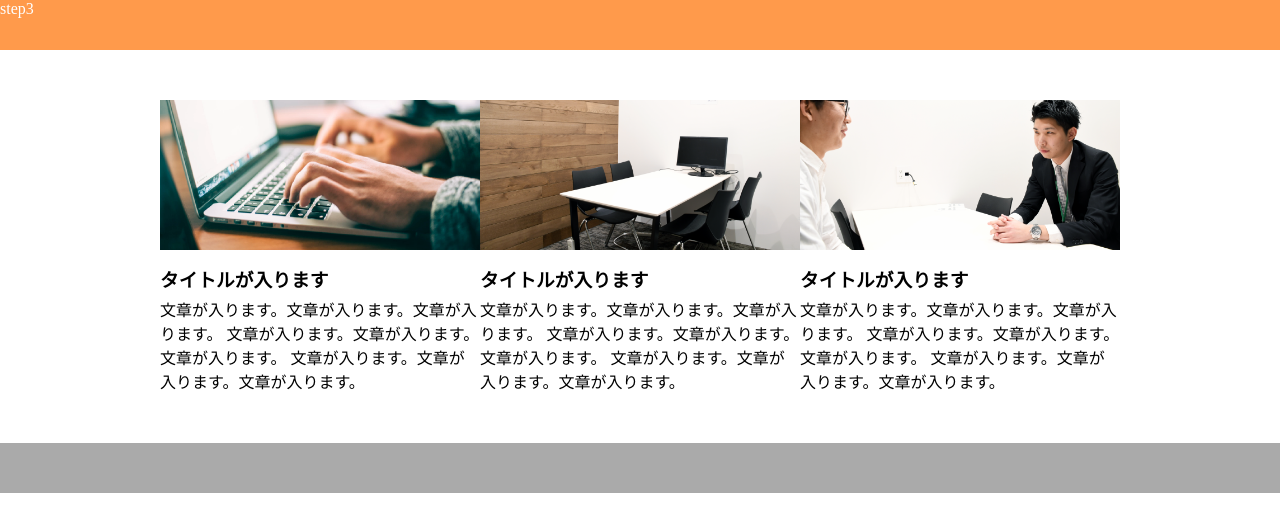
Repository: Kaori199701/-1
Page: 課題1/chapter9-index.html
The author's editor kept a record of every edit. The page is drawn from the files as they stood at one moment, then again after the next edit.
The browser window is 1280 px wide. The pictures show the whole page.

Above is the page before.

### 課題1/chapter9-index.html
<!DOCTYPE html>
<html lang="ja">
  <head>
    <meta charset="UTF-8" />
    <meta name="viewport" content="width=device-width,initial-scale=1.0">
    <!-- CSSファイルの読み込み -->
    <link rel="stylesheet" href="chapter9-style.css" />
    <title>chapter9</title>
  </head>

  <body>
     <!-- header -->
    <header>
    </header>

     <!-- main用のdiv -->
     <main>
       <!-- 内容 -->
         <!-- 1コ目の記事-->
         <div class="contents">
           <div class="step-img1"></div>
           <span class="step-number">step1</span>
           <h3 class="contents-text-heading">タイトルが入ります</h3>
           <p>文章が入ります。文章が入ります。文章が入ります。
           文章が入ります。文章が入ります。文章が入ります。
           文章が入ります。文章が入ります。文章が入ります。</p>


         </div>
         <!-- 2コ目の記事-->
         <div class="contents">
           <div class="step-img2"></div>
           <span class="step-number">step2</span>
           <h3 class="contents-text-heading">タイトルが入ります</h3>
           <p>文章が入ります。文章が入ります。文章が入ります。
           文章が入ります。文章が入ります。文章が入ります。
           文章が入ります。文章が入ります。文章が入ります。</p>
         </div>

        <!-- 3コ目の記事-->
         <div class="contents">
           <div class="step-img3"></div>
           <span class="step-number">step3</span>
           <h3 class="contents-text-heading">タイトルが入ります</h3>
           <p>文章が入ります。文章が入ります。文章が入ります。
           文章が入ります。文章が入ります。文章が入ります。
           文章が入ります。文章が入ります。文章が入ります。</p>
         </div>
     </main>

     <!-- footer -->
     <footer>
     </footer>
   </body>
</html>

### 課題1/chapter9-style.css
/* ブラウザがそれぞれ持っているCSSをリセットするための記述 */
* {
  margin: 0;
  padding: 0;
  box-sizing: border-box;
}

header {
  height: 50px;
  background-color: #FF9A4B
}

main {
  width: 960px; /* 横幅960px */
  display: flex; /* Flexboxの利用 */
  margin: 50px auto; /* 要素の中央揃え */
}

.contents-box {
  width: 300px;
  margin-right: 30px;
  padding: 10px;
  position: relative;
  background-color: #EEEEEE;
}

.contents-box last-child{
  margin-right: 0;
}


.step-img1 {
  height: 150px;
  background-image: url(img/flow01.png);
  background-position: bottom;
  background-size: cover;
}

.step-img2 {
  height: 150px;
  background-image: url(img/flow02.png);
  background-position: bottom;
  background-size: cover;
}

.step-img3 {
  height: 150px;
  background-image: url(img/flow03.png);
  background-position: bottom;
  background-size: cover;
}


.contents-text-heading {
  padding-top: 15px;
  padding-bottom: 5px;
}

.step-number {
  position: absolute;
  top: 0;
  left: 0;
  background-color: #FF9A4B;
  color: #fff;
}

.contents-text {
  padding: 15px 0 5px;
}

footer {
  width: 100%; /* 横幅100% */
  height: 50px; /* 高さ50px */
  background-color: #AAAAAA;
}






@media screen and (max-width: 768px) {
  header {
    width: 100%;
  }


main {
    width: 100%;
    display: block;
    margin: 50px auto; /* 要素の中央揃え */
  }

.contents-box {
  width: 90%;
  margin-bottom: 20px;
  position: relative;
  background-color: #EEEEEE;
}

}

After the next edit:
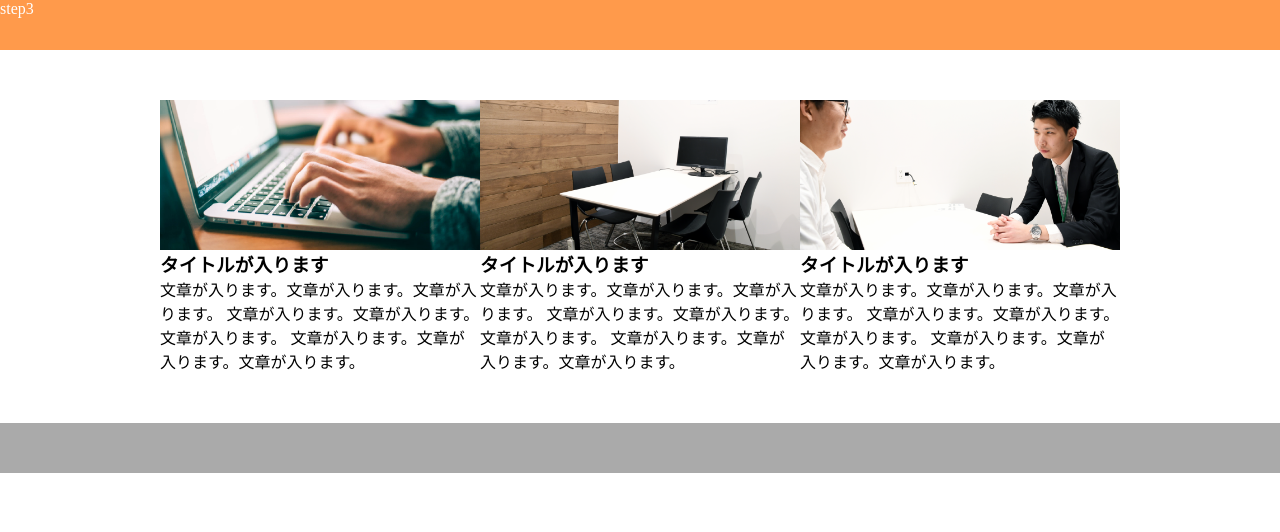
The edit:
--- a/課題1/chapter9-style.css
+++ b/課題1/chapter9-style.css
@@ -50,12 +50,6 @@
   background-size: cover;
 }
 
-
-.contents-text-heading {
-  padding-top: 15px;
-  padding-bottom: 5px;
-}
-
 .step-number {
   position: absolute;
   top: 0;

After the edit that followed:
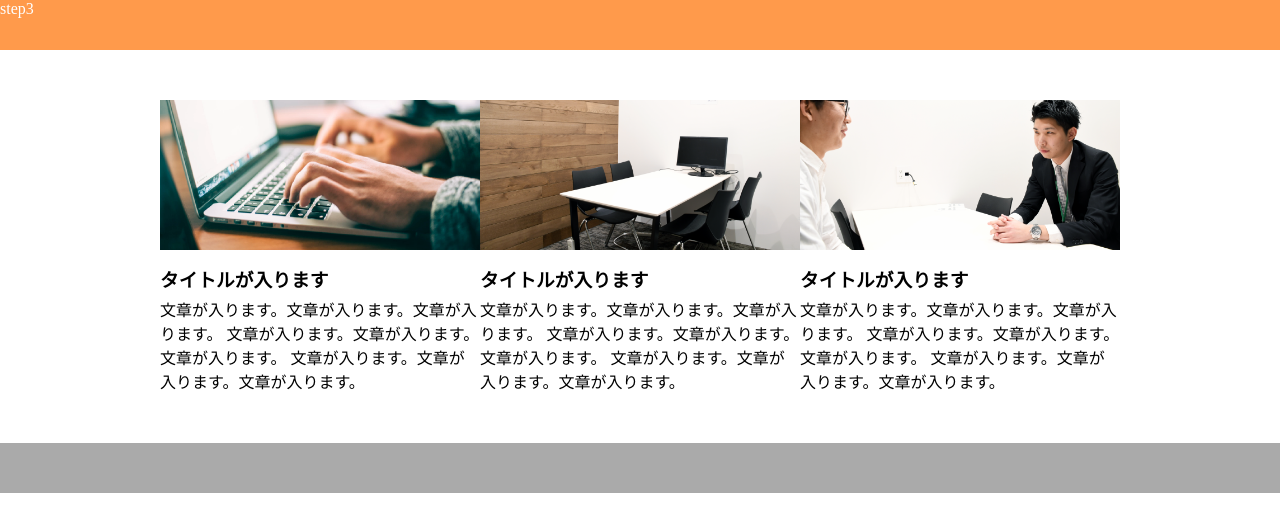
The edit:
--- a/課題1/chapter9-style.css
+++ b/課題1/chapter9-style.css
@@ -62,6 +62,12 @@
   padding: 15px 0 5px;
 }
 
+
+.contents-text-heading {
+  padding-top: 15px;
+  padding-bottom: 5px;
+}
+
 footer {
   width: 100%; /* 横幅100% */
   height: 50px; /* 高さ50px */
